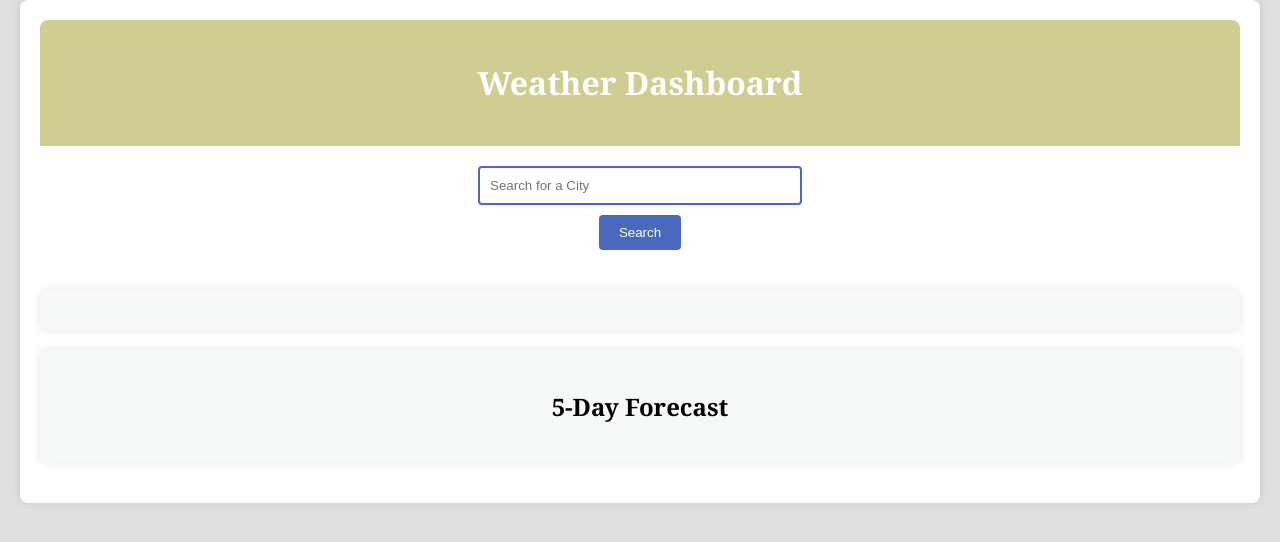
Repository: PaigeC001/WeatherOutlookTracker
Page: WeatherOutlookTracker/index.html
An editor plug-in stored every save of this project. The page is shown before and after the next save, followed by the edit.
The browser window is 1280 px wide. The pictures show the whole page.

Above is the page before, as saved 2024-07-16 06:35:14.

After the next save:
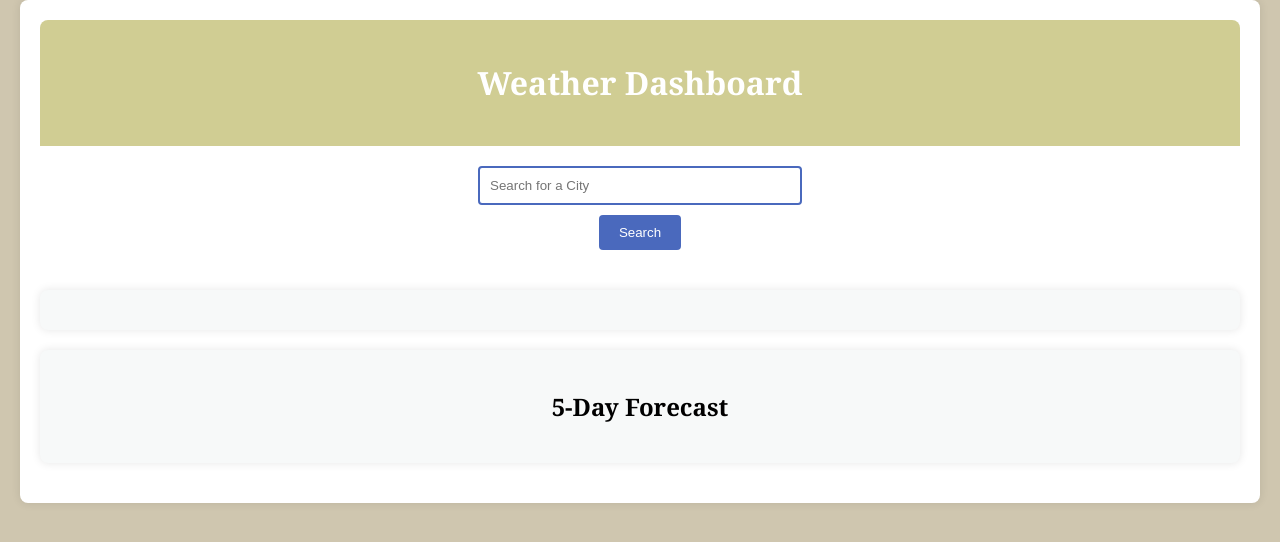
Saved 36 s later.
--- a/WeatherOutlookTracker/styles.css
+++ b/WeatherOutlookTracker/styles.css
@@ -1,6 +1,6 @@
 body {
     font-family: Georgia, 'Times New Roman', Times, serif, sans-serif;
-    background: #e0e0e0;
+    background: #cfc6af;
     margin: 0;
     padding: 0;
     box-sizing: border-box;
